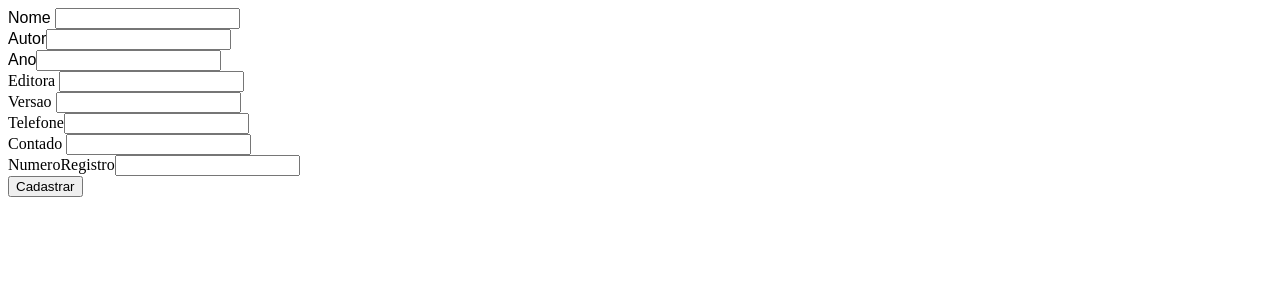
Repository: andersonsilvade/workspacejava
Page: WorkSpace/Lista1/WebContent/cadastro.html
The author's editor kept a copy of each file at every save. The page is drawn from the files as they stood at one save, then again after the next save.
The browser window is 1280 px wide. The pictures show the whole page.

Above is the page before, as saved 2014-08-22 11:17:51.

After the next save:
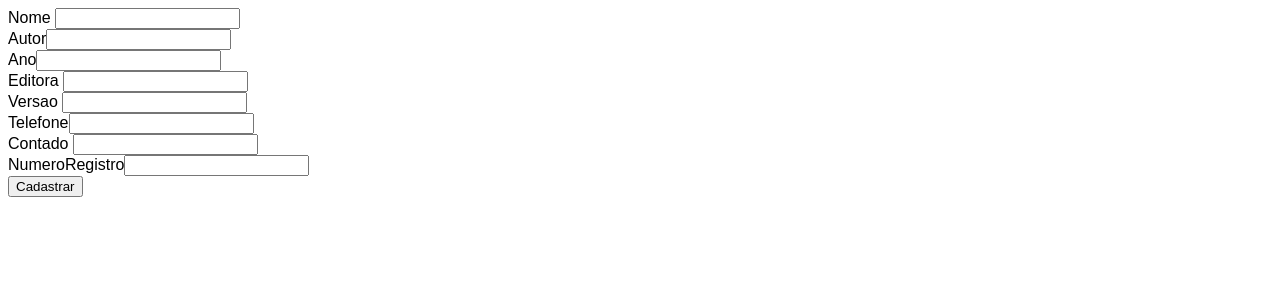
Saved 54 s later.
--- a/WorkSpace/Lista1/WebContent/cadastro.html
+++ b/WorkSpace/Lista1/WebContent/cadastro.html
@@ -12,15 +12,15 @@
 </br>
 <font face="Arial" size="3">Ano</font><input type = "text" name = "ano"/>
 </br>
-Editora <input type = "text" name = "editora"/>
+<font face="Arial" size="3">Editora</font> <input type = "text" name = "editora"/>
 </br>
-Versao <input type = "text" name = "versao"/>
+<font face="Arial" size="3">Versao</font> <input type = "text" name = "versao"/>
 </br>
-Telefone<input type = "text" name = "telefone"/>
+<font face="Arial" size="3">Telefone</font><input type = "text" name = "telefone"/>
 </br>
-Contado <input type = "text" name = "contato"/>
+<font face="Arial" size="3">Contado</font> <input type = "text" name = "contato"/>
 </br>
-NumeroRegistro<input type = "text" name = "numeroR"/>
+<font face="Arial" size="3">NumeroRegistro</font><input type = "text" name = "numeroR"/>
 </br>
 <input type = 'submit' value = 'Cadastrar'>
 </form>
